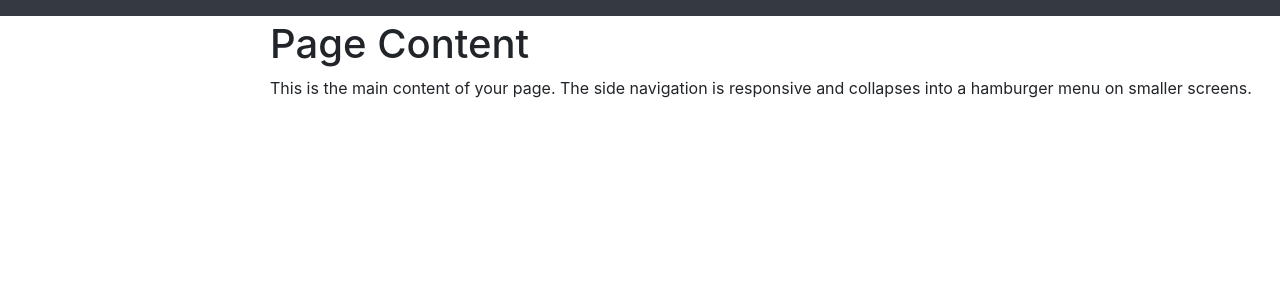
Repository: Darkrepo23/Ecommerce-Manalastas-project
Page: profile-settings.html
The author's editor kept a copy of each file at every save. The page is drawn from the files as they stood at one save, then again after the next save.
The browser window is 1280 px wide. The pictures show the whole page.
Some web libraries are served in a nearby version.

Above is the page before, as saved 2026-01-04 08:53:20.

### profile-settings.html
 <!DOCTYPE html>
 <html lang="en">
 <head>
  <meta charset="UTF-8">
  <meta name="viewport" content="width=device-width, initial-scale=1.0">
  <title>Beautiful Bootstrap Side Navigation</title>
  <!-- Bootstrap CSS -->
  <link rel="stylesheet" href="https://stackpath.bootstrapcdn.com/bootstrap/4.5.2/css/bootstrap.min.css">
  <!-- Font Awesome CSS (for icons) -->
  <link rel="stylesheet" href="https://cdnjs.cloudflare.com/ajax/libs/font-awesome/5.15.4/css/all.min.css">
  <style>
  /* Custom Styles for the Side Navigation */
  .sidebar {
  height: 100vh; /* Full height of the viewport */
  width: 250px; /* Width of the sidebar */
  position: fixed; /* Fixed position */
  top: 0;
  left: 0;
  background-color: #343a40; /* Dark background */
  color: white; /* White text */
  padding-top: 0; /* Remove padding from the top */
  box-shadow: 0 0 10px rgba(0, 0, 0, 0.2); /* Add shadow */
  transition: margin-left 0.3s ease; /* Smooth transition for collapse */
  }

  .sidebar .navbar-brand {
  padding: 1rem;
  }

  .sidebar .navbar-brand img {
  height: 5rem;
  }

  .sidebar .nav-link {
  padding: 12px 20px;
  text-decoration: none;
  font-size: 16px;
  color: white; /* White text */
  display: block;
  transition: background-color 0.3s ease; /* Smooth transition */
  }

  .sidebar .nav-link:hover {
  background-color: rgba(255, 255, 255, 0.1); /* Lighter background on hover */
  }

  .sidebar i {
  margin-right: 10px; /* Add space between icon and text */
  }

  /* Content area style to prevent overlap */
  .content {
  margin-left: 250px; /* Same as sidebar width */
  padding: 20px;
  transition: margin-left 0.3s ease; /* Smooth transition for collapse */
  }

  /* Add a top border to the active link */
  .sidebar .active {
  border-left: 4px solid #007bff; /* Blue active indicator */
  background-color: rgba(255, 255, 255, 0.1); /* Slightly lighter background */
  }

  /* Collapsed sidebar styles */
  @media (max-width: 767.98px) {
  .sidebar {
  margin-left: -250px; /* Hide the sidebar */
  }

  .content {
  margin-left: 0; /* Remove the margin from the content */
  }

  .sidebar.show {
  margin-left: 0; /* Show the sidebar */
  }
  }
  </style>
 </head>
 <body>

  <!-- Side Navigation -->
  <nav class="navbar navbar-expand-md navbar-dark bg-dark fixed-top">
  <button class="navbar-toggler" type="button" data-toggle="collapse" data-target="#navbarNav" aria-controls="navbarNav" aria-expanded="false" aria-label="Toggle navigation">
  <span class="navbar-toggler-icon"></span>
  </button>
  </nav>

  <div class="sidebar collapse navbar-collapse" id="navbarNav">
  <a class="navbar-brand" href="#">
  <img src="img/logo.png" class="" alt="" style="height: 5rem; margin-left: 3rem; margin-bottom: 2rem;">
  </a>
  <ul class="navbar-nav">
  <li class="nav-item">
  <a class="nav-link active" href="#"><i class="fas fa-user"></i>Profile</a>
  </li>
  <li class="nav-item">
  <a class="nav-link" href="#"><i class="fas fa-map-marker-alt"></i>Addresses</a>
  </li>
  <li class="nav-item">
  <a class="nav-link" href="#"><i class="fas fa-key"></i>Change Password</a>
  </li>
  </ul>
  </div>

  <!-- Page Content -->
  <div class="content">
  <h1>Page Content</h1>
  <p>This is the main content of your page. The side navigation is responsive and collapses into a hamburger menu on smaller screens.</p>
  </div>

  <!-- Bootstrap JS and Popper.js (optional, but might be needed for other components) -->
  <script src="https://code.jquery.com/jquery-3.5.1.slim.min.js"></script>
  <script src="https://cdn.jsdelivr.net/npm/@popperjs/core@2.5.3/dist/umd/popper.min.js"></script>
  <script src="https://stackpath.bootstrapcdn.com/bootstrap/4.5.2/js/bootstrap.min.js"></script>

  <script>
  $(document).ready(function() {
  $('.navbar-toggler').on('click', function() {
  $('.sidebar').toggleClass('show');
  });
  });
  </script>
 </body>
 </html>

After the next save:
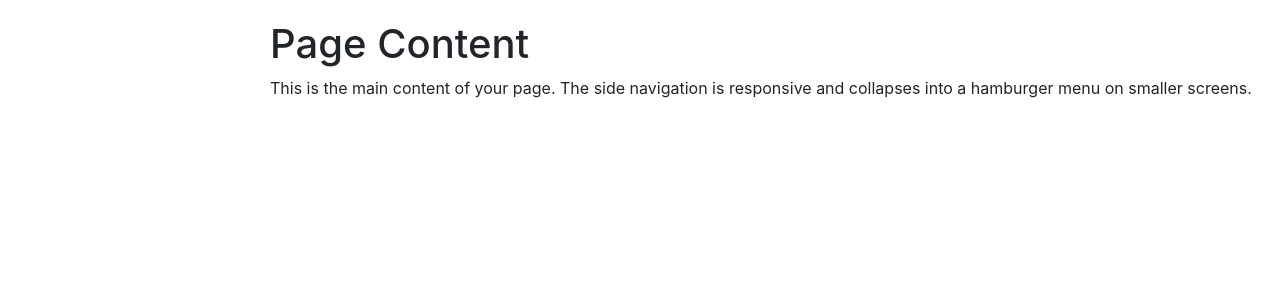
Saved 109 s later.
--- a/profile-settings.html
+++ b/profile-settings.html
@@ -21,6 +21,7 @@
   padding-top: 0; /* Remove padding from the top */
   box-shadow: 0 0 10px rgba(0, 0, 0, 0.2); /* Add shadow */
   transition: margin-left 0.3s ease; /* Smooth transition for collapse */
+  z-index: 1000; /* Ensure it's above other content */
   }
 
   .sidebar .navbar-brand {
@@ -29,6 +30,8 @@
 
   .sidebar .navbar-brand img {
   height: 5rem;
+  margin-left: 1rem; /* Adjust logo position */
+  margin-bottom: 1rem;
   }
 
   .sidebar .nav-link {
@@ -74,6 +77,21 @@
   .sidebar.show {
   margin-left: 0; /* Show the sidebar */
   }
+
+  /* Style the toggler button */
+  .navbar-toggler {
+  background-color: rgba(255, 255, 255, 0.1);
+  border: none;
+  }
+
+  .navbar-toggler-icon {
+  color: white;
+  }
+  }
+
+  /* Adjust navbar styles */
+  .navbar {
+  padding: 0;
   }
   </style>
  </head>
@@ -88,7 +106,7 @@
 
   <div class="sidebar collapse navbar-collapse" id="navbarNav">
   <a class="navbar-brand" href="#">
-  <img src="img/logo.png" class="" alt="" style="height: 5rem; margin-left: 3rem; margin-bottom: 2rem;">
+  <img src="img/logo.png" class="" alt="">
   </a>
   <ul class="navbar-nav">
   <li class="nav-item">
